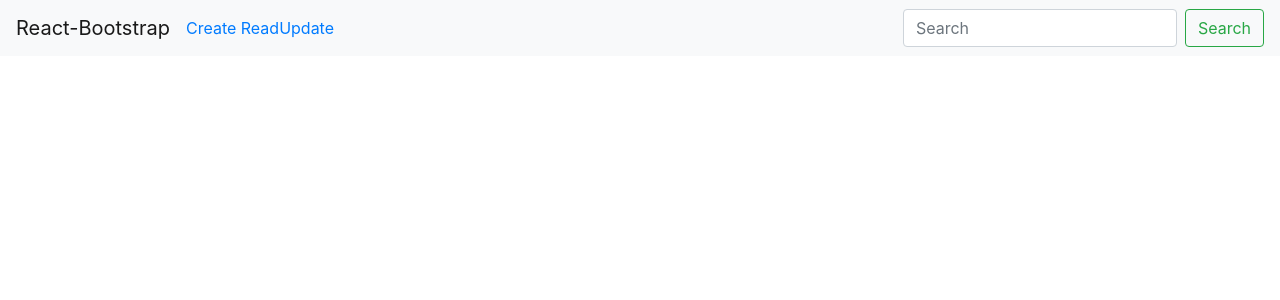
Repository: lalji-yadav/Register-Login-and-CRUD-using-token-and-Without-token-based
Page: /navbar
An editor plug-in stored every save of this project. The page is shown before and after the next save, followed by the edit.
The browser window is 1280 px wide. The pictures show the whole page.
The project was rebuilt for these pictures with package versions that can differ from the ones it lists, and the page was loaded fresh each time. Also part of the build but not shown: src/App.css, src/auth/login.js, src/auth/register.js, src/components/reg.js, src/components/table.js, src/components/update.js, src/crud/read.js, src/crud/create.js and 1 more.

Above is the page before, as saved 2021-02-03 18:01:24.

### src/App.js
import './App.css';
import Login from "./auth/login";
import Register from "./auth/register";
import Reg from "./components/reg";
import Table from "./components/table";
import Update from "./components/update";

import Read from "./crud/read";
import Create from "./crud/create";
import Uptoken from "./crud/update";
import Navb from "./crud/navbar";

import {
  BrowserRouter as Router,
  Switch,
  Route
} from "react-router-dom";

function App() {
  return (
    <div>
      <Router>
        <Switch>
           <Route exact path="/" component={Register} />
           <Route exact path="/login" component={Login} />
           <Route exact path="/reg" component={Reg} />
           <Route exact path="/table" component={Table} />

           {/* <Route exact path="/crud" component={Read} />
           <Route exact path="/create" component={Create} />
           <Route exact path="/uptoken" component={Uptoken} /> */}
           <Route exact path="/navbar" component={Navb} />


           <Route exact path="/user/:id" render={(props)=>(<Update {...props} />)} >



            </Route>
        </Switch>
      </Router>

    </div>
  );
}

export default App;

### src/crud/navbar.js
import React from 'react';
import {Nav,NavDropdown,Form,FormControl,Button,Navbar} from "react-bootstrap";
import Read from "../crud/read";
import Create from "../crud/create";
import Uptoken from "../crud/update";

import {
    BrowserRouter as Router,
    Switch,
    Route,
    Link
  } from "react-router-dom";

const Navb = () => {
    return (
        <div>
         <Router>
            <Navbar bg="light" expand="lg">
            <Navbar.Brand href="#home">React-Bootstrap</Navbar.Brand>
            <Navbar.Toggle aria-controls="basic-navbar-nav" />
            <Navbar.Collapse id="basic-navbar-nav">

                <Nav className="mr-auto">
                <Link exact to="/navbar/create">Create</Link> &nbsp;
                <Link exact to="/navbar/read">Read</Link>
                 <Link to="/uptoken">Update</Link>
                </Nav>

                <Form inline>
                <FormControl type="text" placeholder="Search" className="mr-sm-2" />
                <Button variant="outline-success">Search</Button>
                </Form>
            </Navbar.Collapse>
            </Navbar>


                <Switch>
                <Route exact path="/navbar/create" component={Create} />
                <Route exact path="/navbar/read" component={Read} />
                <Route exact path="/uptoken" component={Uptoken} />



                {/* <Route exact path="/user/:id" render={(props)=>(<Update {...props} />)} > */}

                </Switch>
            </Router>

        </div>
    );
};

export default Navb;

Loaded but not shown: public/index.html (common file); src/index.js (common file); src/index.css (common file); src/reportWebVitals.js (common file)

After the next save:
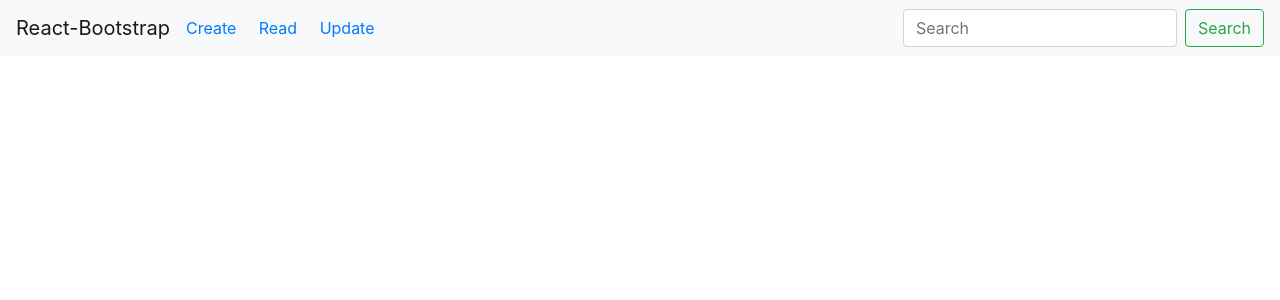
Saved 25 s later.
--- a/src/crud/navbar.js
+++ b/src/crud/navbar.js
@@ -21,9 +21,9 @@ const Navb = () => {
             <Navbar.Collapse id="basic-navbar-nav">
 
                 <Nav className="mr-auto">
-                <Link exact to="/navbar/create">Create</Link> &nbsp;
-                <Link exact to="/navbar/read">Read</Link>
-                 <Link to="/uptoken">Update</Link>
+                <Link exact to="/navbar/create">Create</Link> &nbsp; &nbsp; &nbsp;
+                <Link exact to="/navbar/read">Read</Link>&nbsp; &nbsp; &nbsp;
+                 <Link to="/uptoken">Update</Link>&nbsp; &nbsp; &nbsp;
                 </Nav>
 
                 <Form inline>
